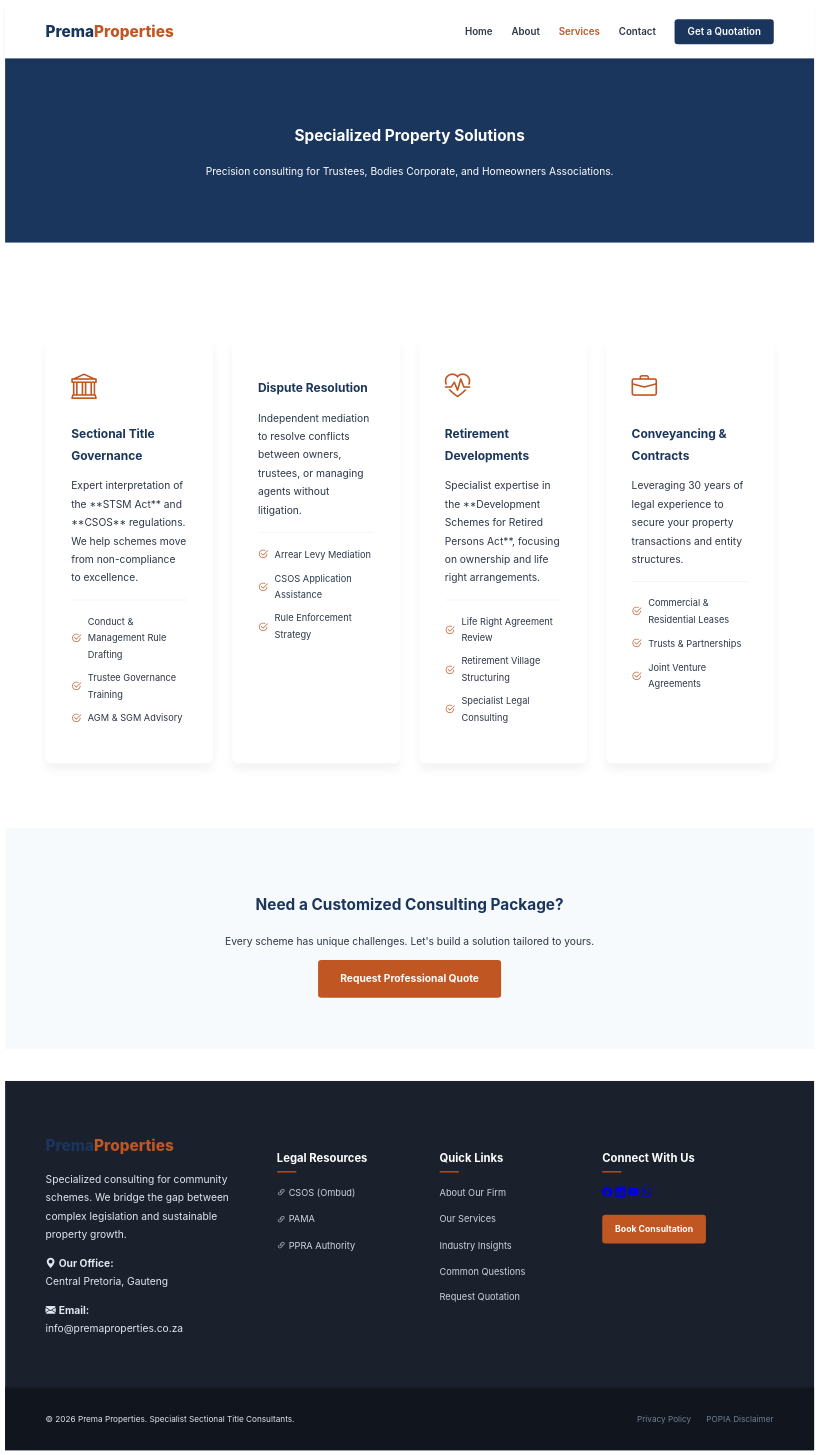
Repository: mnqobiMenzi/Prema-Properties
Page: services.html
An editor plug-in stored every save of this project. The page is shown before and after the next save, followed by the edit.
The browser window is 1280 px wide. The pictures show the whole page, at 64% of full size.

Above is the page before, as saved 2026-02-10 12:58:08.

### services.html
<!DOCTYPE html>
<html lang="en">
<head>
  <meta charset="UTF-8">
  <meta name="viewport" content="width=device-width, initial-scale=1.0">
  <title>Our Services | Prema Properties</title>
  <link rel="stylesheet" href="CSS/style.css">
  <link rel="stylesheet" href="https://cdn.jsdelivr.net/npm/bootstrap-icons@1.13.1/font/bootstrap-icons.min.css">
</head>
<body>

  <header class="main-header">
    <div class="container header-flex">
      <div class="logo">Prema<span>Properties</span></div>
      <nav>
        <a href="index.html">Home</a>
        <a href="about-us.html">About</a>
        <a href="services.html" class="active">Services</a>
        <a href="contact-us.html">Contact</a>
        <a href="quote.html" class="nav-btn">Get a Quotation</a>
      </nav>
    </div>
  </header>

  <section class="services-hero-v2">
    <div class="container">
      <h1>Specialized Property Solutions</h1>
      <p>Precision consulting for Trustees, Bodies Corporate, and Homeowners Associations.</p>
    </div>
  </section>

  <section class="section-padding">
    <div class="container">

      <div class="services-grid-v2">
        <div class="s-card">
          <i class="bi bi-bank"></i>
          <h3>Sectional Title Governance</h3>
          <p>Expert interpretation of the **STSM Act** and **CSOS** regulations. We help schemes move from non-compliance to excellence.</p>
          <ul class="s-list">
            <li><i class="bi bi-check2-circle"></i> Conduct & Management Rule Drafting</li>
            <li><i class="bi bi-check2-circle"></i> Trustee Governance Training</li>
            <li><i class="bi bi-check2-circle"></i> AGM & SGM Advisory</li>
          </ul>
        </div>

        <div class="s-card">
          <i class="bi bi-balance-scale"></i>
          <h3>Dispute Resolution</h3>
          <p>Independent mediation to resolve conflicts between owners, trustees, or managing agents without litigation.</p>
          <ul class="s-list">
            <li><i class="bi bi-check2-circle"></i> Arrear Levy Mediation</li>
            <li><i class="bi bi-check2-circle"></i> CSOS Application Assistance</li>
            <li><i class="bi bi-check2-circle"></i> Rule Enforcement Strategy</li>
          </ul>
        </div>

        <div class="s-card">
          <i class="bi bi-heart-pulse"></i>
          <h3>Retirement Developments</h3>
          <p>Specialist expertise in the **Development Schemes for Retired Persons Act**, focusing on ownership and life right arrangements.</p>
          <ul class="s-list">
            <li><i class="bi bi-check2-circle"></i> Life Right Agreement Review</li>
            <li><i class="bi bi-check2-circle"></i> Retirement Village Structuring</li>
            <li><i class="bi bi-check2-circle"></i> Specialist Legal Consulting</li>
          </ul>
        </div>

        <div class="s-card">
          <i class="bi bi-briefcase"></i>
          <h3>Conveyancing & Contracts</h3>
          <p>Leveraging 30 years of legal experience to secure your property transactions and entity structures.</p>
          <ul class="s-list">
            <li><i class="bi bi-check2-circle"></i> Commercial & Residential Leases</li>
            <li><i class="bi bi-check2-circle"></i> Trusts & Partnerships</li>
            <li><i class="bi bi-check2-circle"></i> Joint Venture Agreements</li>
          </ul>
        </div>
      </div>

    </div>
  </section>

  <section class="services-cta">
    <div class="container center-text">
      <h2>Need a Customized Consulting Package?</h2>
      <p>Every scheme has unique challenges. Let's build a solution tailored to yours.</p>
      <a href="quote.html" class="btn-main">Request Professional Quote</a>
    </div>
  </section>

  <div id="footer-placeholder"></div>
  <script src="JavaScript/script.js"></script>
</body>
</html>

### CSS/style.css
/* --- Core Styles --- */
:root {
  --primary: #1a365d;
  --secondary: #c05621;
  --text: #2d3748;
  --white: #ffffff;
  --gray: #f7fafc;
  --transition: all 0.3s ease;
}

body {
  font-family: 'Inter', sans-serif;
  color: var(--text);
  line-height: 1.8;
}

.container { width: 90%; max-width: 1200px; margin: 0 auto; }
.section-padding { padding: 100px 0; }
.light-gray { background: var(--gray); }

/* --- Header --- */
.main-header {
  background: var(--white);
  padding: 20px 0;
  box-shadow: 0 4px 6px -1px rgba(0,0,0,0.1);
  position: sticky;
  top: 0; z-index: 1000;
}

.header-flex { display: flex; justify-content: space-between; align-items: center; }

.logo { font-size: 1.5rem; font-weight: 800; color: var(--primary); }
.logo span { color: var(--secondary); }

nav a {
  text-decoration: none;
  color: var(--text);
  font-weight: 600;
  margin-left: 25px;
  font-size: 0.95rem;
  transition: var(--transition);
}

nav a:hover, nav a.active { color: var(--secondary); }

.nav-btn {
  background: var(--primary);
  color: white !important;
  padding: 10px 20px;
  border-radius: 5px;
}

/* --- Hero v2 --- */
.hero-v2 {
  background: url('../images/Sectional-Title-Disputes.jpg') center/cover no-repeat;
  height: 85vh;
  position: relative;
}

.hero-overlay {
  background: linear-gradient(to right, rgba(26, 54, 93, 0.9), rgba(26, 54, 93, 0.4));
  height: 100%;
  display: flex;
  align-items: center;
  color: white;
}

.badge {
  background: var(--secondary);
  padding: 5px 15px;
  border-radius: 50px;
  font-size: 0.8rem;
  font-weight: bold;
  text-transform: uppercase;
}

.hero-v2 h1 { font-size: 3.5rem; margin: 20px 0; line-height: 1.2; max-width: 700px; }
.hero-v2 p { font-size: 1.25rem; max-width: 600px; margin-bottom: 30px; opacity: 0.9; }

.btn-main {
  background: var(--secondary);
  color: white;
  padding: 15px 35px;
  text-decoration: none;
  font-weight: bold;
  border-radius: 5px;
  display: inline-block;
}

.btn-outline {
  border: 2px solid white;
  color: white;
  padding: 13px 35px;
  text-decoration: none;
  border-radius: 5px;
  margin-left: 15px;
}

/* --- Trust Bar --- */
.trust-bar { background: var(--primary); color: white; padding: 30px 0; }
.trust-bar .container { display: flex; justify-content: space-around; text-align: center; }
.trust-item strong { display: block; font-size: 1.8rem; color: var(--secondary); }

/* --- Grid & Cards --- */
.split-grid { display: grid; grid-template-columns: 1fr 1fr; gap: 80px; align-items: center; }

.services-grid-v2 {
  display: grid;
  grid-template-columns: repeat(auto-fit, minmax(250px, 1fr));
  gap: 30px;
  margin-top: 50px;
}

.s-card {
  background: white;
  padding: 40px;
  border-radius: 10px;
  box-shadow: 0 10px 15px rgba(0,0,0,0.05);
  transition: var(--transition);
}

.s-card:hover { transform: translateY(-10px); }
.s-card i { font-size: 2.5rem; color: var(--secondary); margin-bottom: 20px; display: block; }
.s-card h3 { margin-bottom: 15px; color: var(--primary); }

.image-deco img {
  width: 100%;
  border-radius: 15px;
  box-shadow: 30px 30px 0 var(--gray), 31px 31px 0 var(--primary);
}

/* Responsive */
@media (max-width: 768px) {
  .hero-v2 h1 { font-size: 2.2rem; }
  .split-grid { grid-template-columns: 1fr; }
  .hero-actions { display: flex; flex-direction: column; gap: 15px; }
  .btn-outline { margin-left: 0; }
}

/* About Page Specifics */
.about-hero-v2 {
  background: linear-gradient(rgba(26, 54, 93, 0.9), rgba(26, 54, 93, 0.9)), url('../images/office-bg.jpg');
  padding: 100px 0;
  text-align: center;
  color: white;
}

.about-intro {
  max-width: 800px;
  margin: 0 auto 60px;
  text-align: center;
}

.about-intro h2 {
  color: var(--primary);
  margin-bottom: 20px;
}

.values-grid {
  display: grid;
  grid-template-columns: repeat(auto-fit, minmax(280px, 1fr));
  gap: 30px;
}

.value-item i {
  font-size: 2.5rem;
  color: var(--secondary);
  margin-bottom: 15px;
  display: block;
}

/* Director Card Layout */
.director-card {
  display: grid;
  grid-template-columns: 1fr 1.5fr;
  gap: 60px;
  background: white;
  padding: 40px;
  border-radius: 15px;
  box-shadow: 0 20px 40px rgba(0,0,0,0.05);
  align-items: center;
}

.director-image {
  position: relative;
}

.exp-seal {
  position: absolute;
  bottom: -20px;
  right: -20px;
  background: var(--secondary);
  color: white;
  padding: 15px;
  border-radius: 50%;
  font-weight: bold;
  font-size: 0.9rem;
  box-shadow: 0 10px 20px rgba(192, 86, 33, 0.3);
}

.linkedin-link {
  display: inline-flex;
  align-items: center;
  gap: 10px;
  color: var(--primary);
  text-decoration: none;
  font-weight: bold;
  margin-top: 20px;
}

/* --- Contact Page Specifics --- */
.contact-hero-v2 {
  background: var(--primary);
  color: white;
  padding: 80px 0;
  text-align: center;
}

.contact-wrapper {
  display: grid;
  grid-template-columns: 1fr 1.2fr;
  gap: 80px;
  align-items: start;
}

/* Info Details */
.info-item {
  display: flex;
  gap: 20px;
  margin-bottom: 30px;
  align-items: flex-start;
}

.info-item i {
  font-size: 1.5rem;
  color: var(--secondary);
  background: var(--gray);
  padding: 12px;
  border-radius: 10px;
}

.info-item strong {
  display: block;
  font-size: 1.1rem;
  color: var(--primary);
}

/* Form Styling */
.contact-form-card {
  background: white;
  padding: 50px;
  border-radius: 15px;
  box-shadow: 0 30px 60px rgba(0,0,0,0.1);
}

.form-title {
  margin-bottom: 30px;
  color: var(--primary);
  font-weight: 700;
}

.form-row {
  display: grid;
  grid-template-columns: 1fr 1fr;
  gap: 20px;
  margin-bottom: 20px;
}

.submit-btn-v2 {
  width: 100%;
  background: var(--primary);
  color: white;
  padding: 15px;
  border: none;
  border-radius: 5px;
  font-weight: bold;
  cursor: pointer;
  transition: var(--transition);
}

.submit-btn-v2:hover {
  background: var(--secondary);
  transform: translateY(-2px);
}

@media (max-width: 992px) {
  .contact-wrapper { grid-template-columns: 1fr; gap: 50px; }
  .form-row { grid-template-columns: 1fr; }
}

/* Services Specific Styles */
.services-hero-v2 {
  background: var(--primary);
  padding: 80px 0;
  text-align: center;
  color: white;
}

.s-list {
  list-style: none;
  padding: 0;
  margin-top: 20px;
  border-top: 1px solid #eee;
  padding-top: 20px;
}

.s-list li {
  font-size: 0.9rem;
  margin-bottom: 10px;
  display: flex;
  align-items: center;
  gap: 10px;
  color: var(--text);
}

.s-list i {
  color: var(--secondary);
  font-size: 1rem;
  margin: 0; /* Override s-card i margin */
}

.services-cta {
  background: var(--gray);
  padding: 80px 0;
  text-align: center;
}

.center-text h2 {
  color: var(--primary);
  margin-bottom: 20px;
}

/* --- Articles Page Styles --- */
.articles-hero {
  background: var(--gray);
  padding: 60px 0;
  border-bottom: 1px solid #eee;
}

.category-tag {
  background: var(--secondary);
  color: white;
  padding: 4px 12px;
  border-radius: 4px;
  font-size: 0.75rem;
  font-weight: 700;
  text-transform: uppercase;
  display: inline-block;
  margin-bottom: 15px;
}

/* Featured Post Layout */
.featured-post-v2 {
  display: grid;
  grid-template-columns: 1fr 1fr;
  gap: 50px;
  background: white;
  border-radius: 15px;
  overflow: hidden;
  box-shadow: 0 20px 40px rgba(0,0,0,0.05);
  margin-bottom: 80px;
  align-items: center;
}

.featured-image img {
  width: 100%;
  height: 100%;
  object-fit: cover;
}

.featured-content { padding: 40px; }
.featured-content h2 { font-size: 2rem; color: var(--primary); margin-bottom: 20px; }

/* Grid Layout */
.articles-grid-v2 {
  display: grid;
  grid-template-columns: repeat(auto-fit, minmax(300px, 1fr));
  gap: 40px;
}

.post-card-v2 {
  background: white;
  padding: 30px;
  border-radius: 10px;
  border: 1px solid #eee;
  transition: var(--transition);
}

.post-card-v2:hover {
  border-color: var(--secondary);
  transform: translateY(-5px);
}

.card-meta {
  display: flex;
  justify-content: space-between;
  align-items: center;
  margin-bottom: 20px;
}

.inline-link {
  color: var(--secondary);
  text-decoration: none;
  font-weight: bold;
  font-size: 0.9rem;
}

@media (max-width: 768px) {
  .featured-post-v2 { grid-template-columns: 1fr; }
}

/* --- FAQ Styling --- */
.faq-hero {
  background: var(--primary);
  color: white;
  padding: 60px 0;
  text-align: center;
}

.faq-layout {
  display: grid;
  grid-template-columns: 250px 1fr;
  gap: 50px;
}

.faq-sidebar h3 {
  font-size: 1.2rem;
  color: var(--primary);
  margin-bottom: 20px;
}

.faq-sidebar ul { list-style: none; padding: 0; }
.faq-sidebar li { margin-bottom: 15px; }
.faq-sidebar a {
  text-decoration: none;
  color: var(--text);
  font-weight: 500;
  transition: var(--transition);
}
.faq-sidebar a.active, .faq-sidebar a:hover { color: var(--secondary); }

/* Accordion Logic */
.faq-item {
  border-bottom: 1px solid #eee;
  margin-bottom: 10px;
}

.faq-question {
  width: 100%;
  padding: 20px 0;
  background: none;
  border: none;
  display: flex;
  justify-content: space-between;
  align-items: center;
  font-size: 1.1rem;
  font-weight: 700;
  color: var(--primary);
  cursor: pointer;
  text-align: left;
}

.faq-question i {
  transition: transform 0.3s ease;
  color: var(--secondary);
}

.faq-answer {
  max-height: 0;
  overflow: hidden;
  transition: max-height 0.3s ease-out;
}

.faq-answer p {
  padding-bottom: 20px;
  color: var(--text);
  line-height: 1.6;
}

/* Open State */
.faq-item.active .faq-answer {
  max-height: 300px; /* Adjust as needed */
}

.faq-item.active .faq-question i {
  transform: rotate(45deg);
}

@media (max-width: 768px) {
  .faq-layout { grid-template-columns: 1fr; }
  .faq-sidebar { display: none; }
}

/* --- Appointment Page Styles --- */
.appointment-hero-v2 {
  background: var(--primary);
  color: white;
  padding: 80px 0;
  text-align: center;
}

.appointment-wrapper {
  display: grid;
  grid-template-columns: 1fr 1.2fr;
  gap: 60px;
  align-items: start;
}

/* Meeting Card Styles */
.meeting-card-list {
  margin: 30px 0;
}

.m-card {
  display: flex;
  gap: 20px;
  background: white;
  padding: 20px;
  border-radius: 10px;
  margin-bottom: 20px;
  border: 1px solid #eee;
  transition: var(--transition);
}

.featured-m {
  border-left: 5px solid var(--secondary);
  background: var(--gray);
}

.m-icon i {
  font-size: 1.5rem;
  color: var(--secondary);
}

.m-card strong {
  display: block;
  color: var(--primary);
  font-size: 1.1rem;
}

.m-card p {
  font-size: 0.85rem;
  margin: 0;
}

/* Form refinement */
.booking-form-card {
  background: white;
  padding: 40px;
  border-radius: 15px;
  box-shadow: 0 20px 50px rgba(0,0,0,0.08);
}

.booking-form-card label {
  display: block;
  font-weight: 700;
  font-size: 0.85rem;
  color: var(--primary);
  margin-bottom: 8px;
  text-transform: uppercase;
}

.process-note {
  font-size: 0.9rem;
  color: var(--text);
  opacity: 0.8;
  padding: 15px;
  background: #eef2f7;
  border-radius: 8px;
}

@media (max-width: 992px) {
  .appointment-wrapper { grid-template-columns: 1fr; }
}

/* --- Quotation Page Styles --- */
.quote-hero-v2 {
  background: var(--primary);
  color: white;
  padding: 60px 0;
  text-align: center;
}

.quote-wrapper {
  display: grid;
  grid-template-columns: 300px 1fr;
  gap: 60px;
  align-items: start;
}

/* Sidebar Steps */
.step-guide {
  margin-bottom: 40px;
}

.step {
  display: flex;
  align-items: center;
  gap: 15px;
  padding: 15px 0;
  color: #a0aec0;
  font-weight: 600;
  border-bottom: 1px solid #edf2f7;
}

.step span {
  width: 30px;
  height: 30px;
  background: #edf2f7;
  display: flex;
  align-items: center;
  justify-content: center;
  border-radius: 50%;
  font-size: 0.8rem;
}

.step.active { color: var(--primary); }
.step.active span { background: var(--secondary); color: white; }

.quote-note {
  background: var(--gray);
  padding: 25px;
  border-radius: 10px;
  border-left: 4px solid var(--secondary);
}

/* Form Sections */
.quote-form-card {
  background: white;
  padding: 40px;
  border-radius: 15px;
  box-shadow: 0 15px 40px rgba(0,0,0,0.05);
}

.form-section {
  margin-bottom: 40px;
}

.form-section h3 {
  font-size: 1.25rem;
  color: var(--primary);
  margin-bottom: 25px;
  display: flex;
  align-items: center;
  gap: 10px;
}

.checkbox-grid {
  display: grid;
  grid-template-columns: 1fr 1fr;
  gap: 15px;
  margin: 20px 0;
}

.check-item {
  font-size: 0.9rem;
  display: flex;
  align-items: center;
  gap: 10px;
  cursor: pointer;
}

.form-footer-note {
  font-size: 0.8rem;
  text-align: center;
  margin-top: 20px;
  opacity: 0.7;
}

@media (max-width: 992px) {
  .quote-wrapper { grid-template-columns: 1fr; }
  .quote-sidebar { display: none; }
  .checkbox-grid { grid-template-columns: 1fr; }
}

/* --- Main Footer Styles --- */
.main-footer {
  background: #1a202c; /* Deep slate/navy */
  color: #e2e8f0;
  padding: 80px 0 0;
  margin-top: 50px;
}

.footer-grid {
  display: grid;
  grid-template-columns: 1.2fr 0.8fr 0.8fr 1fr;
  gap: 40px;
  padding-bottom: 60px;
}

.footer-column h4 {
  color: white;
  font-size: 1.1rem;
  margin-bottom: 25px;
  position: relative;
}

.footer-column h4::after {
  content: '';
  position: absolute;
  left: 0;
  bottom: -8px;
  width: 30px;
  height: 2px;
  background: var(--secondary);
}

.footer-links {
  list-style: none;
  padding: 0;
}

.footer-links li {
  margin-bottom: 12px;
}

.footer-links a {
  color: #cbd5e0;
  text-decoration: none;
  font-size: 0.9rem;
  transition: 0.3s;
}

.footer-links a:hover {
  color: var(--secondary);
  padding-left: 5px;
}

.footer-cta-btn {
  display: inline-block;
  margin-top: 20px;
  padding: 10px 20px;
  background: var(--secondary);
  color: white;
  text-decoration: none;
  border-radius: 5px;
  font-weight: bold;
  font-size: 0.85rem;
}

/* Footer Bottom */
.footer-bottom {
  background: #11151d;
  padding: 25px 0;
  border-top: 1px solid rgba(255,255,255,0.05);
}

.bottom-flex {
  display: flex;
  justify-content: space-between;
  align-items: center;
  font-size: 0.8rem;
}

.legal-links a {
  color: #718096;
  margin-left: 20px;
  text-decoration: none;
}

@media (max-width: 992px) {
  .footer-grid { grid-template-columns: 1fr 1fr; }
}

@media (max-width: 576px) {
  .footer-grid { grid-template-columns: 1fr; }
  .bottom-flex { flex-direction: column; gap: 15px; text-align: center; }
}

### JavaScript/script.js
document.addEventListener("DOMContentLoaded", function() {
    const footerPlaceholder = document.getElementById("footer-placeholder");

    if (footerPlaceholder) {
        fetch("footer.html")
            .then(response => {
                if (!response.ok) throw new Error("Footer file not found");
                return response.text();
            })
            .then(data => {
                footerPlaceholder.innerHTML = data;
            })
            .catch(err => {
                console.warn("Footer load failed. Error:", err);
                // Fallback text so you know it's trying to work
                footerPlaceholder.innerHTML = "<p style='text-align:center; padding:20px;'>Footer Loading...</p>";
            });
    }
});

document.querySelectorAll('.faq-question').forEach(button => {
      button.addEventListener('click', () => {
        const faqItem = button.parentElement;
        faqItem.classList.toggle('active');
      });
    });

### footer.html
<!DOCTYPE html>
<html lang="en">
<head>
    <meta charset="UTF-8">
    <meta name="viewport" content="width=device-width, initial-scale=1.0">
    <title>Document</title>
</head>
<body>
    <footer class="main-footer">
  <div class="container footer-grid">

    <div class="footer-column brand-info">
      <div class="logo">Prema<span>Properties</span></div>
      <p>Specialized consulting for community schemes. We bridge the gap between complex legislation and sustainable property growth.</p>

      <div class="footer-address">
        <p><i class="bi bi-geo-alt-fill"></i> <strong>Our Office:</strong><br>
        Central Pretoria, Gauteng</p>
        <p><i class="bi bi-envelope-fill"></i> <strong>Email:</strong><br>
        info@premaproperties.co.za</p>
      </div>
    </div>

    <div class="footer-column">
      <h4>Legal Resources</h4>
      <ul class="footer-links">
        <li><a href="https://www.csos.org.za/" target="_blank"><i class="bi bi-link-45deg"></i> CSOS (Ombud)</a></li>
        <li><a href="https://www.pama.org.za/" target="_blank"><i class="bi bi-link-45deg"></i> PAMA</a></li>
        <li><a href="https://www.eaab.org.za/" target="_blank"><i class="bi bi-link-45deg"></i> PPRA Authority</a></li>
      </ul>
    </div>

    <div class="footer-column">
      <h4>Quick Links</h4>
      <ul class="footer-links">
        <li><a href="about-us.html">About Our Firm</a></li>
        <li><a href="services.html">Our Services</a></li>
        <li><a href="articles.html">Industry Insights</a></li>
        <li><a href="FAQ.html">Common Questions</a></li>
        <li><a href="quote.html">Request Quotation</a></li>
      </ul>
    </div>

    <div class="footer-column">
      <h4>Connect With Us</h4>
      <div class="social-icons">
        <a href="#" target="_blank" title="Facebook"><i class="bi bi-facebook"></i></a>
        <a href="#" target="_blank" title="LinkedIn"><i class="bi bi-linkedin"></i></a>
        <a href="#" target="_blank" title="YouTube"><i class="bi bi-youtube"></i></a>
        <a href="#" target="_blank" title="WhatsApp"><i class="bi bi-whatsapp"></i></a>
      </div>
      <a href="appointment.html" class="footer-cta-btn">Book Consultation</a>
    </div>

  </div>

  <div class="footer-bottom">
    <div class="container">
      <div class="bottom-flex">
        <p>&copy; 2026 Prema Properties. Specialist Sectional Title Consultants.</p>
        <div class="legal-links">
          <a href="#">Privacy Policy</a>
          <a href="#">POPIA Disclaimer</a>
        </div>
      </div>
    </div>
  </div>
</footer>
</body>
</html>

After the next save:
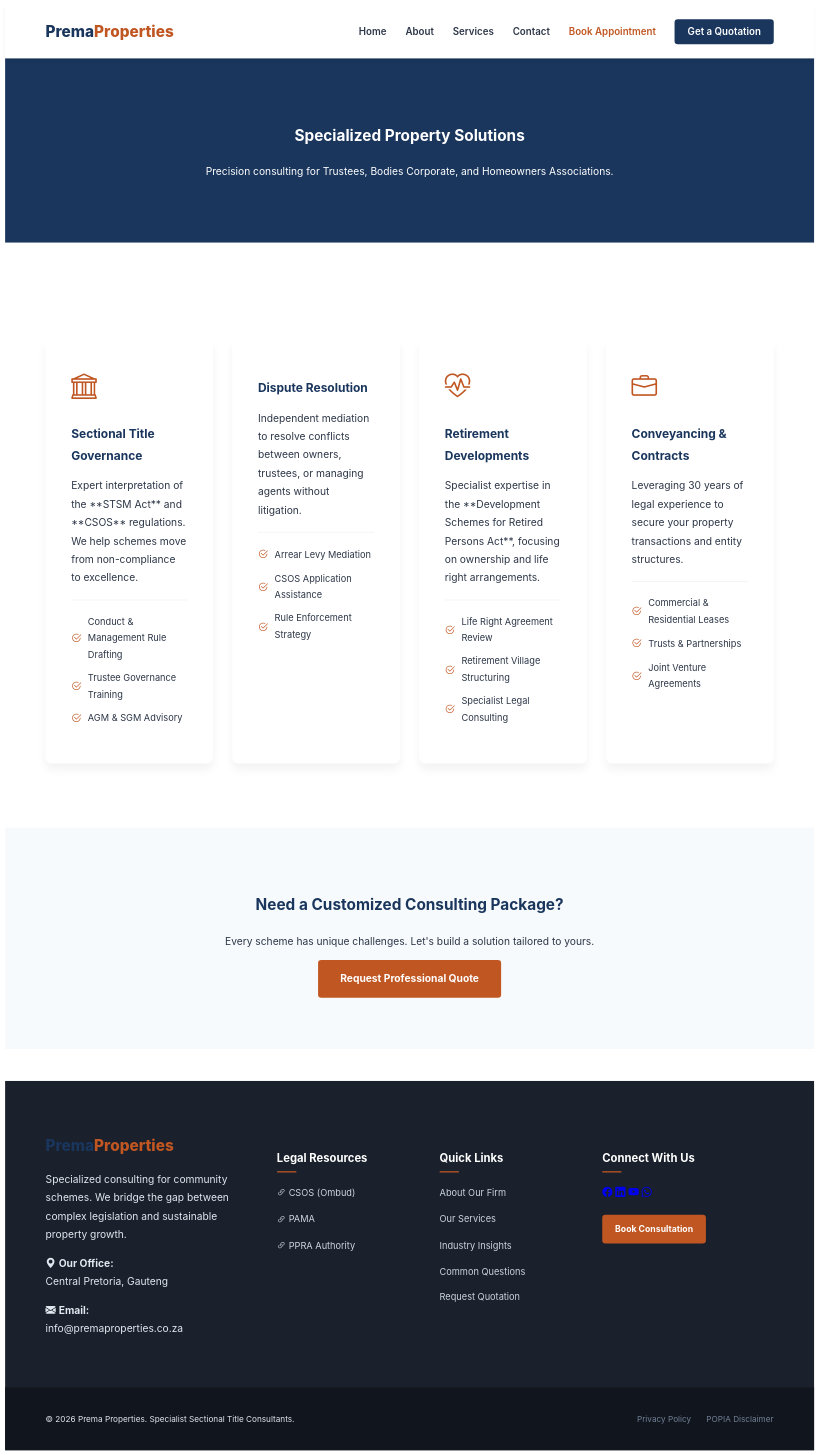
Saved 9 s later.
--- a/services.html
+++ b/services.html
@@ -15,8 +15,9 @@
       <nav>
         <a href="index.html">Home</a>
         <a href="about-us.html">About</a>
-        <a href="services.html" class="active">Services</a>
+        <a href="services.html">Services</a>
         <a href="contact-us.html">Contact</a>
+        <a href="appointment.html" class="active">Book Appointment</a>
         <a href="quote.html" class="nav-btn">Get a Quotation</a>
       </nav>
     </div>
